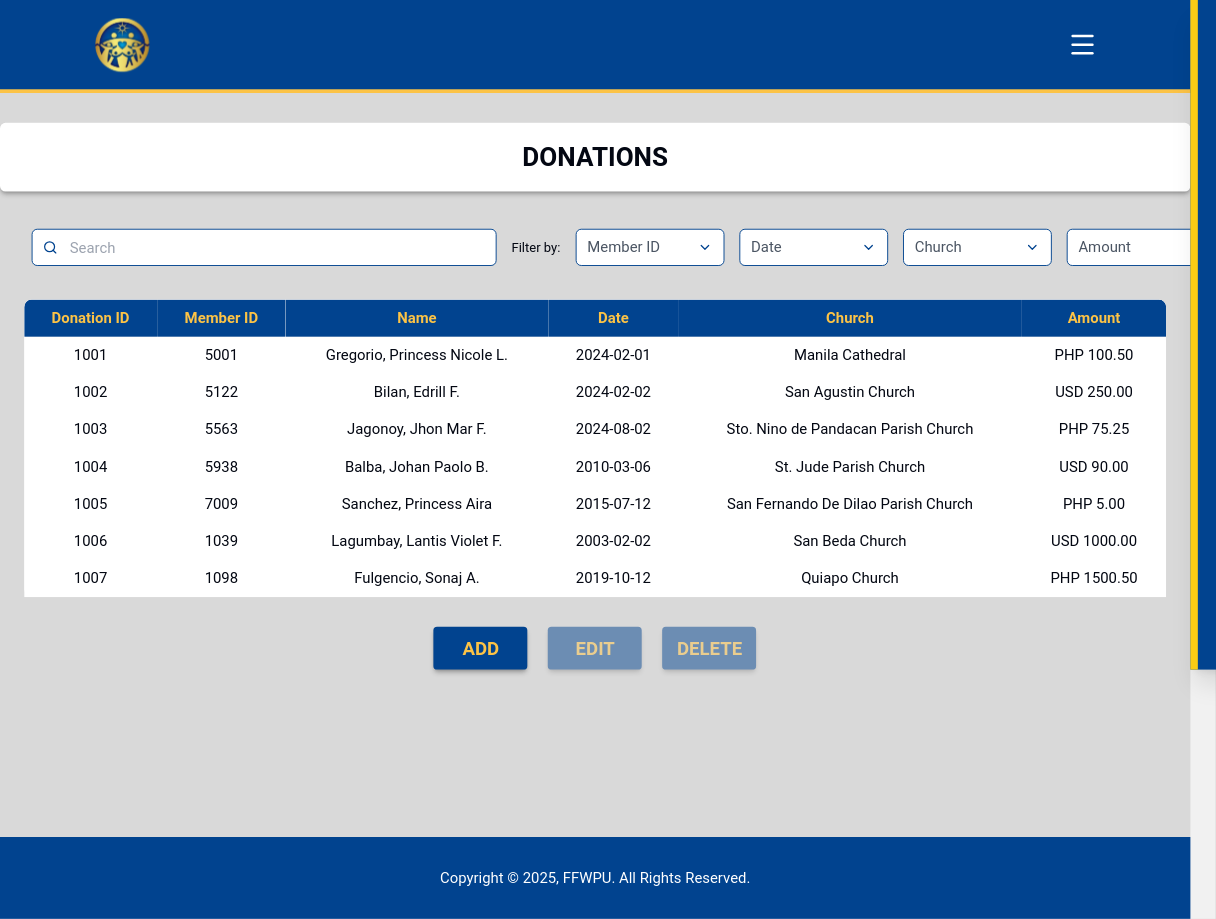
Repository: CoderTofu/FFWPU_System
Page: /donation
An editor plug-in stored every save of this project. The page is shown before and after the next save, followed by the edit.
The browser window is 1280 px wide. The page is 1307 px wide, then 1280 px, so the pictures cover 1307 px, including what lies to the right of the window. The pictures show the whole page, at 93% of full size.
The project was rebuilt for these pictures with package versions that can differ from the ones it lists, and the page was loaded fresh each time. The framework's server and built-in components were replaced by stand-ins that run in the browser. Also part of the build but not shown: next.config.ts, src/components/NavbarPublic.tsx, src/components/FooterPublic.tsx, src/lib/utils.ts, src/components/ui/dialog.tsx, src/components/ui/button.tsx, src/components/Modal.tsx.

Above is the page before, as saved 2025-03-07 07:39:47.

After the next save:
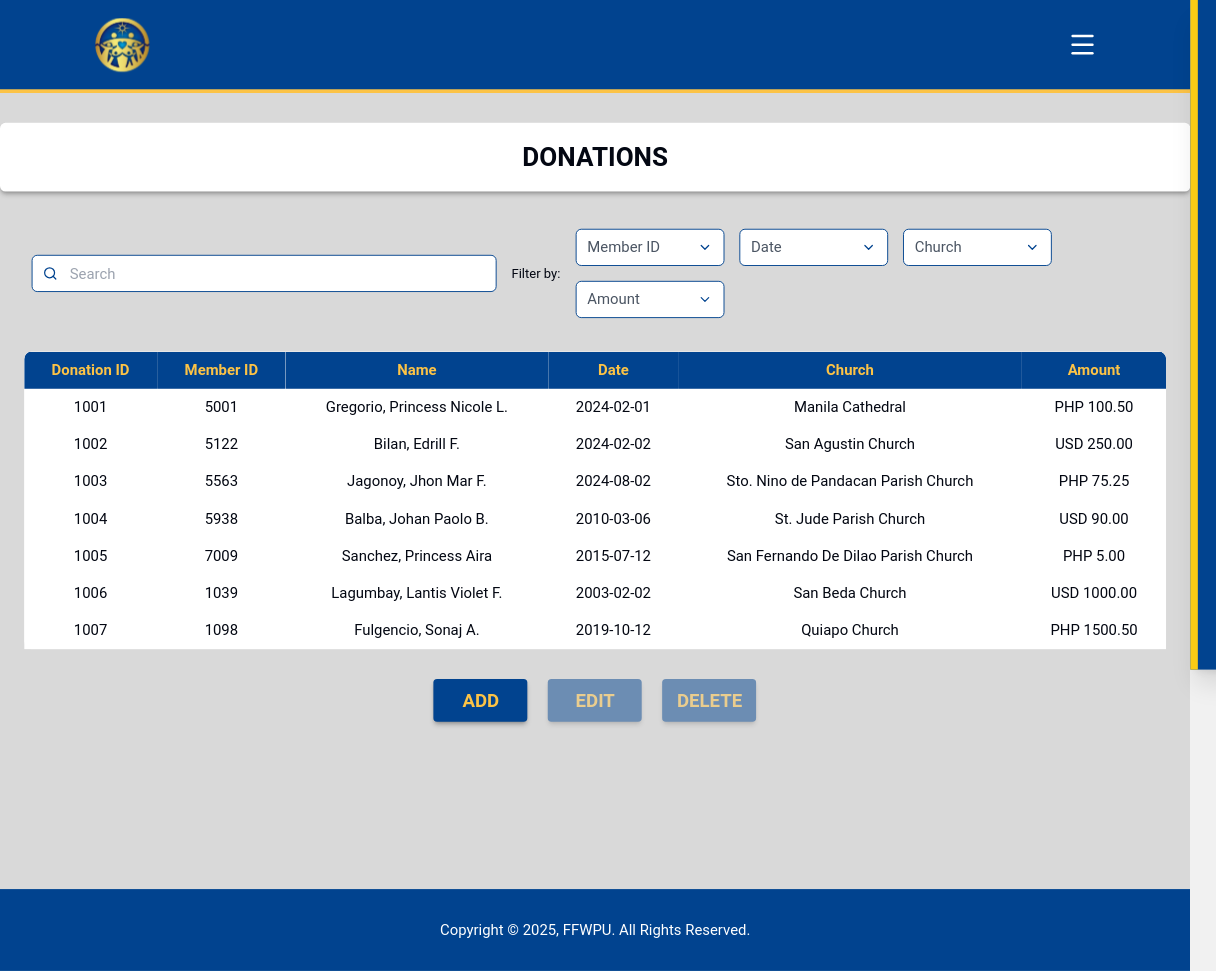
Saved 4 min 23 s later.
--- a/src/components/DonationModals.tsx
+++ b/src/components/DonationModals.tsx
@@ -65,7 +65,7 @@
 
       <span className="text-[14px] flex-none">Filter by:</span>
 
-      <div ref={dropdownRef} className="flex flex-grow items-center gap-4">
+      <div ref={dropdownRef} className="flex flex-wrap items-center gap-4 w-full sm:w-auto">
         {["Member ID", "Date", "Church"].map((filter) => (
           <div key={filter} className="relative">
             <button
